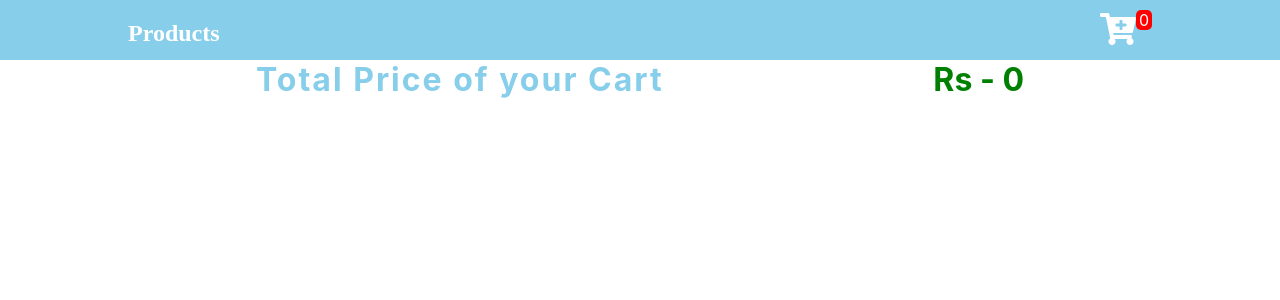
Repository: Imprasna/react-ecommerce
Page: /, after clicking the first element matching `div.cart`
The author's editor kept a copy of each file at every save. The page is drawn from the files as they stood at one save, then again after the next save.
The browser window is 1280 px wide. The pictures show the whole page.
Some web libraries are served in a nearby version. The project was rebuilt for these pictures with package versions that can differ from the ones it lists, and the page was loaded fresh each time.

Above is the page before, as saved 2022-06-13 23:45:04.

After the next save:
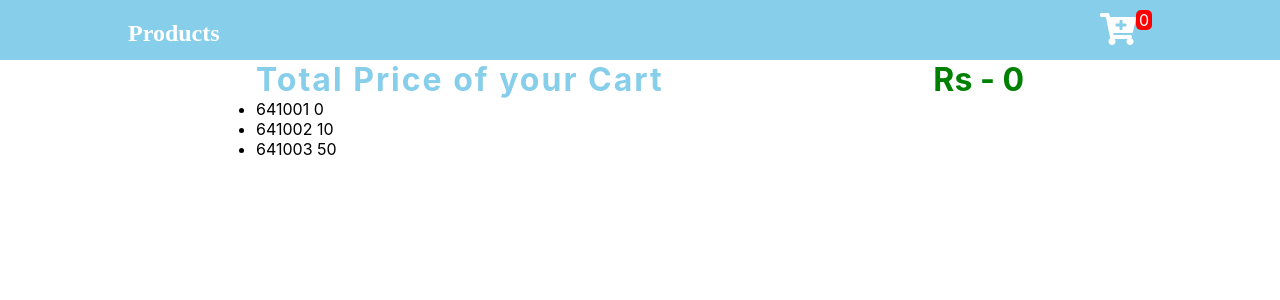
Saved 8 s later.
--- a/src/components/Cart.js
+++ b/src/components/Cart.js
@@ -53,6 +53,15 @@ const Cart = ({ cart, setCart, handleChange }) => {
         <span>Total Price of your Cart</span>
         <span>Rs - {price}</span>
       </div>
+
+      <ul>
+            {Pincode.map((pin) =>
+            (
+              <li>
+                {pin.code} {pin.charge}
+              </li>
+      ))}
+          </ul>
     </article>
   );
 };
